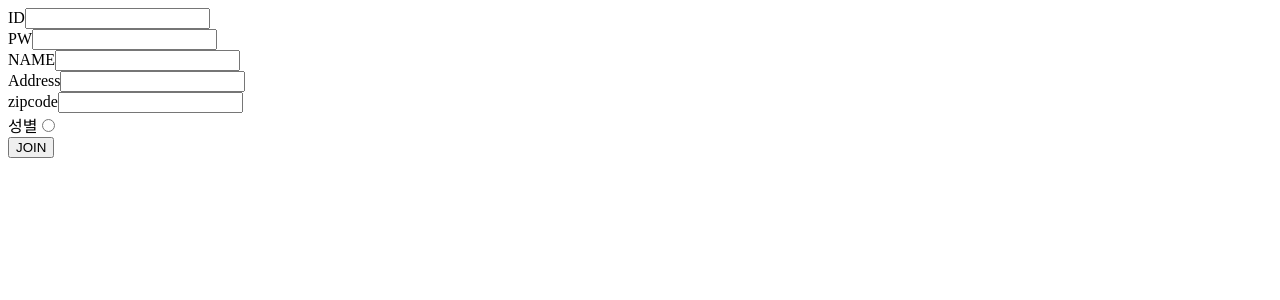
Repository: Moonsun23/jsp
Page: http://localhost/db-connect/join-form.jsp
An editor plug-in stored every save of this project. The page is shown before and after the next save, followed by the edit.
The browser window is 1280 px wide. The pictures show the whole page.
The page is served by Tomcat 9.

Above is the page before, as saved 2023-06-05 07:40:18.

After the next save:
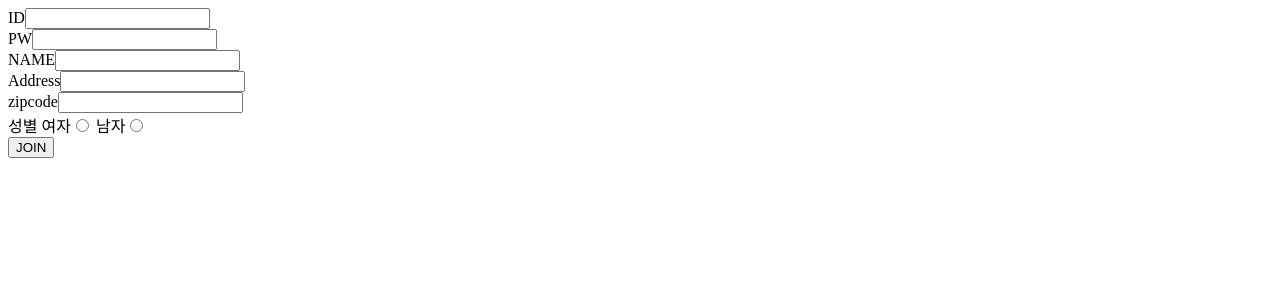
Saved 100 s later.
--- a/db-connect/src/main/webapp/join-form.jsp
+++ b/db-connect/src/main/webapp/join-form.jsp
@@ -24,7 +24,9 @@
         <label><span>zipcode</span><input type="text" name="zipcode" /></label>
       </div>
       <div>
-        <span>성별</span><label><input type="radio" name="gender" /></label>
+        <span>성별</span>
+        <label><span>여자</span><input type="radio" value="female" name="gender" /></label>
+        <label><span>남자</span><input type="radio" value="male" name="gender" /></label>
       </div>
       <div>
         <button>JOIN</button>
